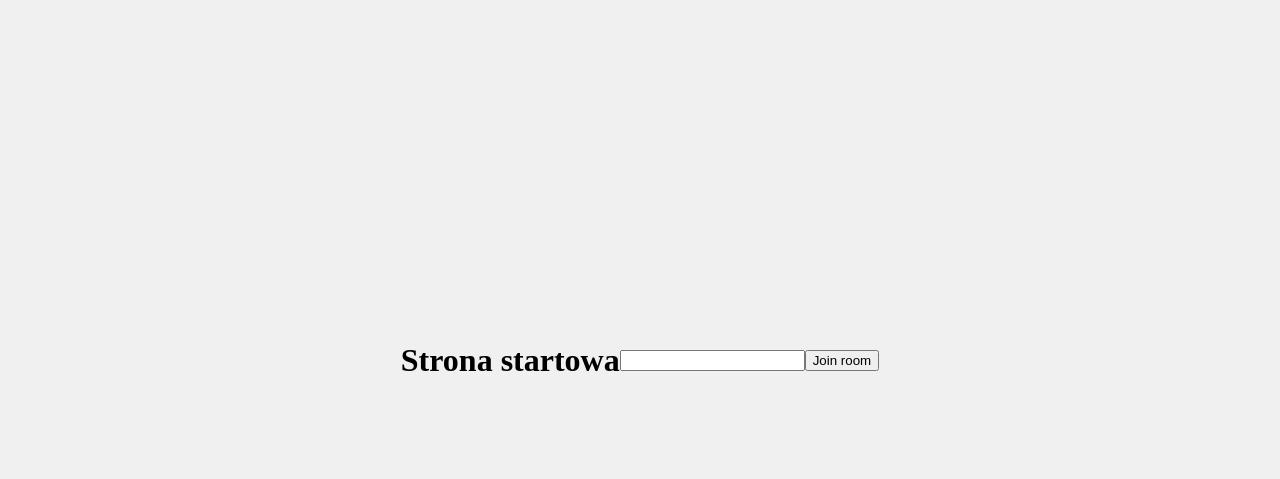
Repository: rektyyy/henhouse
Page: client/index.html
These files come from the project's save history. The page is drawn as it stood at one moment and after the next save; the edit follows.
The browser window is 1280 px wide. The pictures show the whole page.

Above is the page before, as saved 2023-12-29 19:00:21.

### client/index.html
<!DOCTYPE html>
<html>

<head>
    <meta name="viewport" content="width=device-width,initial-scale=1.0">
    <title>Strona startowa</title>
    <link rel="stylesheet" type="text/css" href="styles.css">
</head>

<body>
    <h1>Strona startowa</h1>

    <input id="input_room" autocomplete="off" />
    <button id="button_room" type="submit">Join room</button>

    <script type="text/javascript" src="index.js"></script>
</body>

</html>

### client/styles.css
body {
    display: flex;
    align-items: center;
    justify-content: center;
    height: 100vh;
    margin: 0;
    background-color: #f0f0f0;
}

.container {
    display: flex;
}

#board {
    display: grid;
    grid-template-columns: repeat(3, 100px);
    grid-gap: 5px;
    margin-right: 1rem;
}

.cell {
    width: 100px;
    height: 100px;
    border: 2px solid #000;
    display: flex;
    align-items: center;
    justify-content: center;
    font-size: 24px;
    cursor: pointer;
    background-color: #fff;
}

.cell:hover {
    background-color: #e0e0e0;
}

.chat-container {
    flex-grow: 1;
    display: flex;
    flex-direction: column;
    max-height: 100vh;
    overflow: hidden;
}

.chat-box {
    flex-grow: 1;
    overflow-y: auto;
    border: 1px solid #ccc;
    max-height: 200px;
    padding: 0.5rem;
    box-sizing: border-box;
    backdrop-filter: blur(10px);
    background-color: #fff;
}

.chat {
    list-style-type: none;
    margin: 0;
    padding: 0;
}

.chat-form {
    background: #333;
    padding: 0.5rem;
    box-sizing: border-box;
    backdrop-filter: blur(10px);
    display: flex;
    align-items: left;
}

#input_message {
    border: none;
    padding: 0.5rem;
    width: 70%;
    border-radius: 0.25rem;
    margin-right: 0.5rem;
    font-size: 16px;
    background-color: #eee;
    color: #333;
}

#input_message:focus {
    outline: none;
}

.chat-form>button {
    background: #61dafb;
    border: none;
    padding: 0.5rem;
    border-radius: 0.25rem;
    color: #fff;
    font-size: 16px;
    cursor: pointer;
    outline: none;
}

#play-again {
    background: #61dafb;
    border: none;
    padding: 0.5rem;
    border-radius: 0.25rem;
    color: #fff;
    font-size: 16px;
    cursor: pointer;
    outline: none;
    margin-top: 1rem;
}

### client/index.js
const input_room = document.getElementById('input_room');
const button_room = document.getElementById('button_room');

// Joins room
button_room.addEventListener('click', () => {
    if (input_room.value) {
        currentRoomId = input_room.value;
        input_room.value = '';
        window.location.href = `/game.html?room=${currentRoomId}`;
    }
});

After the next save:
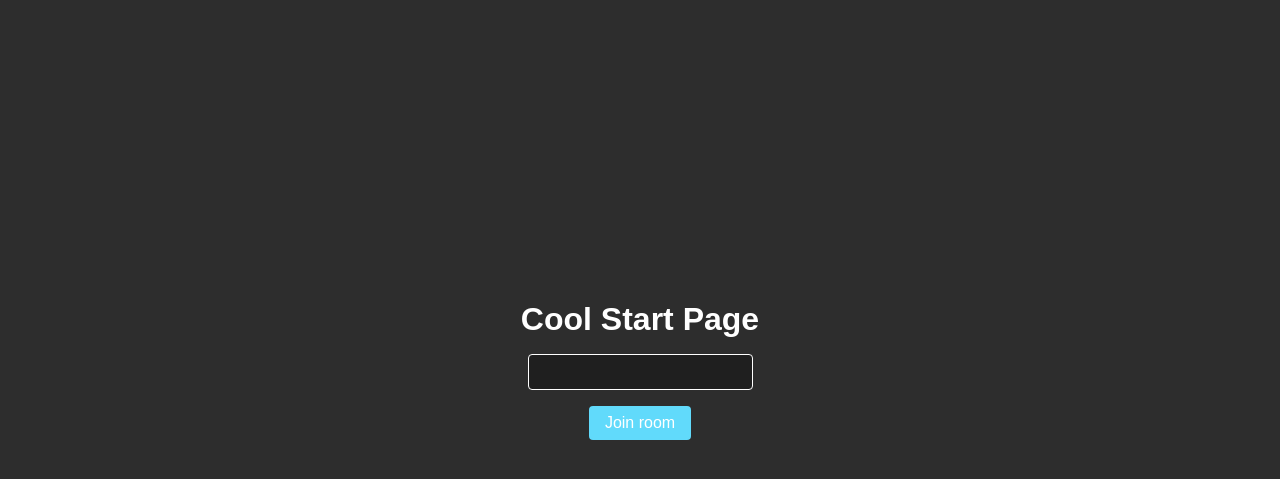
Saved 3 min 5 s later.
--- a/client/index.html
+++ b/client/index.html
@@ -1,14 +1,58 @@
 <!DOCTYPE html>
-<html>
+<html lang="en">
 
 <head>
-    <meta name="viewport" content="width=device-width,initial-scale=1.0">
-    <title>Strona startowa</title>
+    <meta name="viewport" content="width=device-width, initial-scale=1.0">
+    <title>Cool Start Page</title>
     <link rel="stylesheet" type="text/css" href="styles.css">
+    <style>
+        body {
+            display: flex;
+            flex-direction: column;
+            align-items: center;
+            justify-content: center;
+            height: 100vh;
+            margin: 0;
+            background-color: #2d2d2d;
+            color: #fff;
+            font-family: 'Arial', sans-serif;
+        }
+
+        h1 {
+            font-size: 2rem;
+            margin-bottom: 1rem;
+        }
+
+        input {
+            padding: 0.5rem;
+            margin-bottom: 1rem;
+            font-size: 1rem;
+            border: 1px solid #fff;
+            border-radius: 0.25rem;
+            background-color: #1f1f1f;
+            color: #fff;
+            outline: none;
+        }
+
+        button {
+            padding: 0.5rem 1rem;
+            font-size: 1rem;
+            border: none;
+            border-radius: 0.25rem;
+            background-color: #61dafb;
+            color: #fff;
+            cursor: pointer;
+            outline: none;
+        }
+
+        button:hover {
+            background-color: #4fa3d1;
+        }
+    </style>
 </head>
 
 <body>
-    <h1>Strona startowa</h1>
+    <h1>Cool Start Page</h1>
 
     <input id="input_room" autocomplete="off" />
     <button id="button_room" type="submit">Join room</button>
